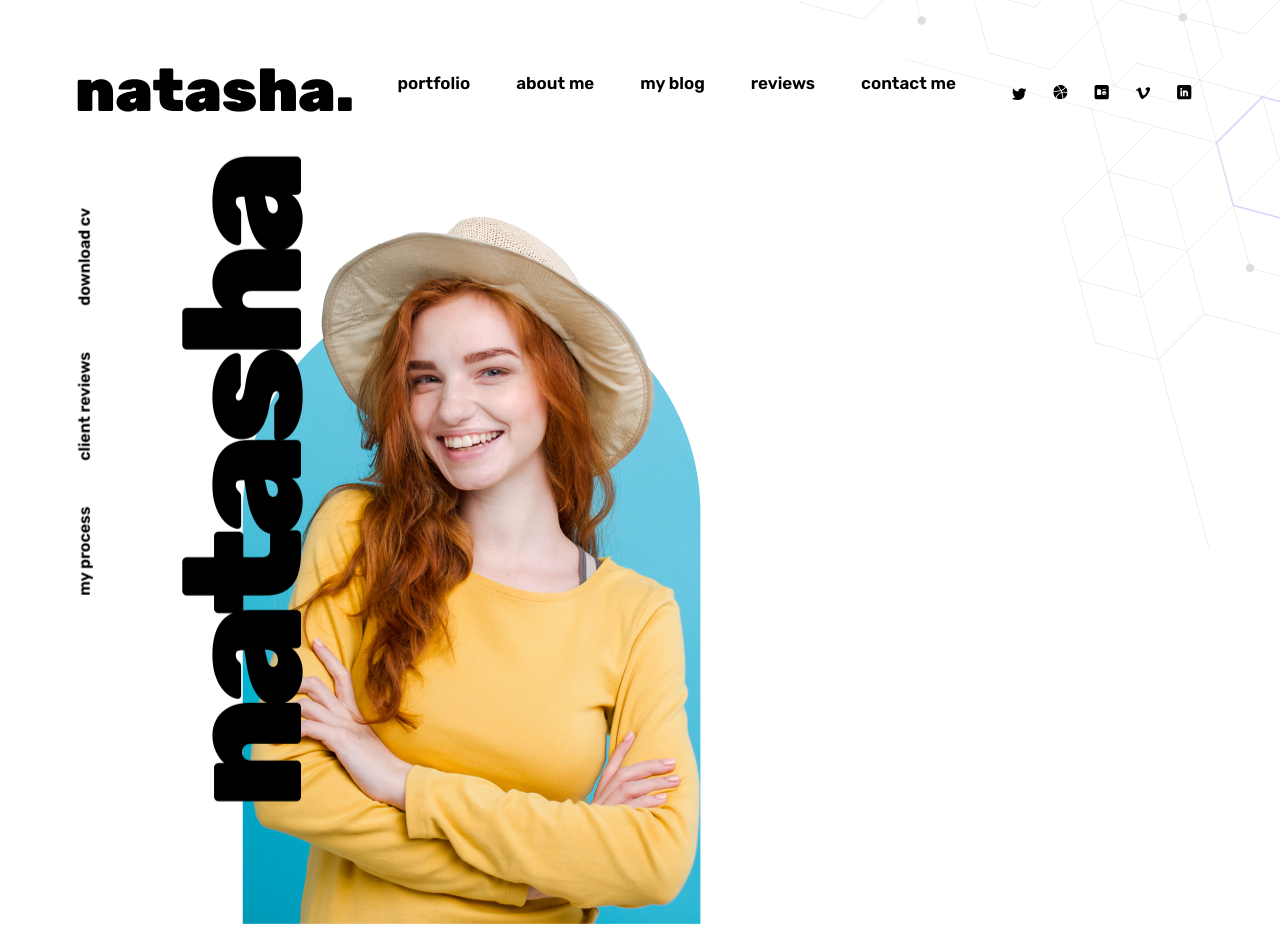
Repository: BuduCE/landing-page
Page: natasha-lp/index.html
These files come from the project's save history. The page is drawn as it stood at one moment and after the next save; the edit follows.
The browser window is 1280 px wide. The pictures show the whole page.

Above is the page before, as saved 2022-03-04 22:27:59.

After the next save:
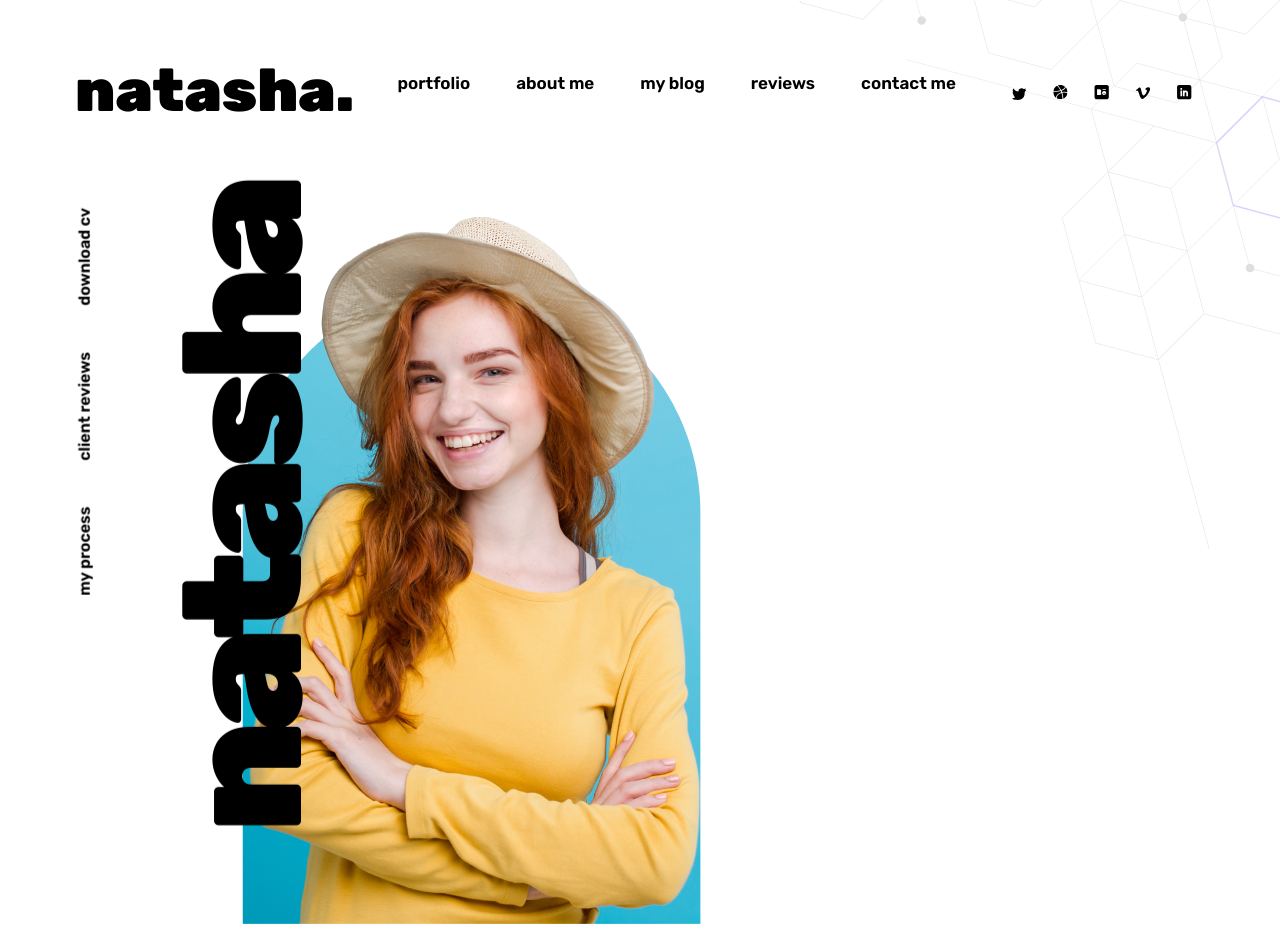
Saved 4 s later.
--- a/natasha-lp/assets/css/style.css
+++ b/natasha-lp/assets/css/style.css
@@ -92,7 +92,7 @@ header {
 .natasha_img h1 {
     position: absolute;
     left: -6.5rem;
-    bottom: 3rem;/*3.611rem*/
+    bottom: 1.5rem;/*3.611rem*/
     writing-mode: vertical-rl;
     transform: rotate(180deg);
     font-weight: 900;
